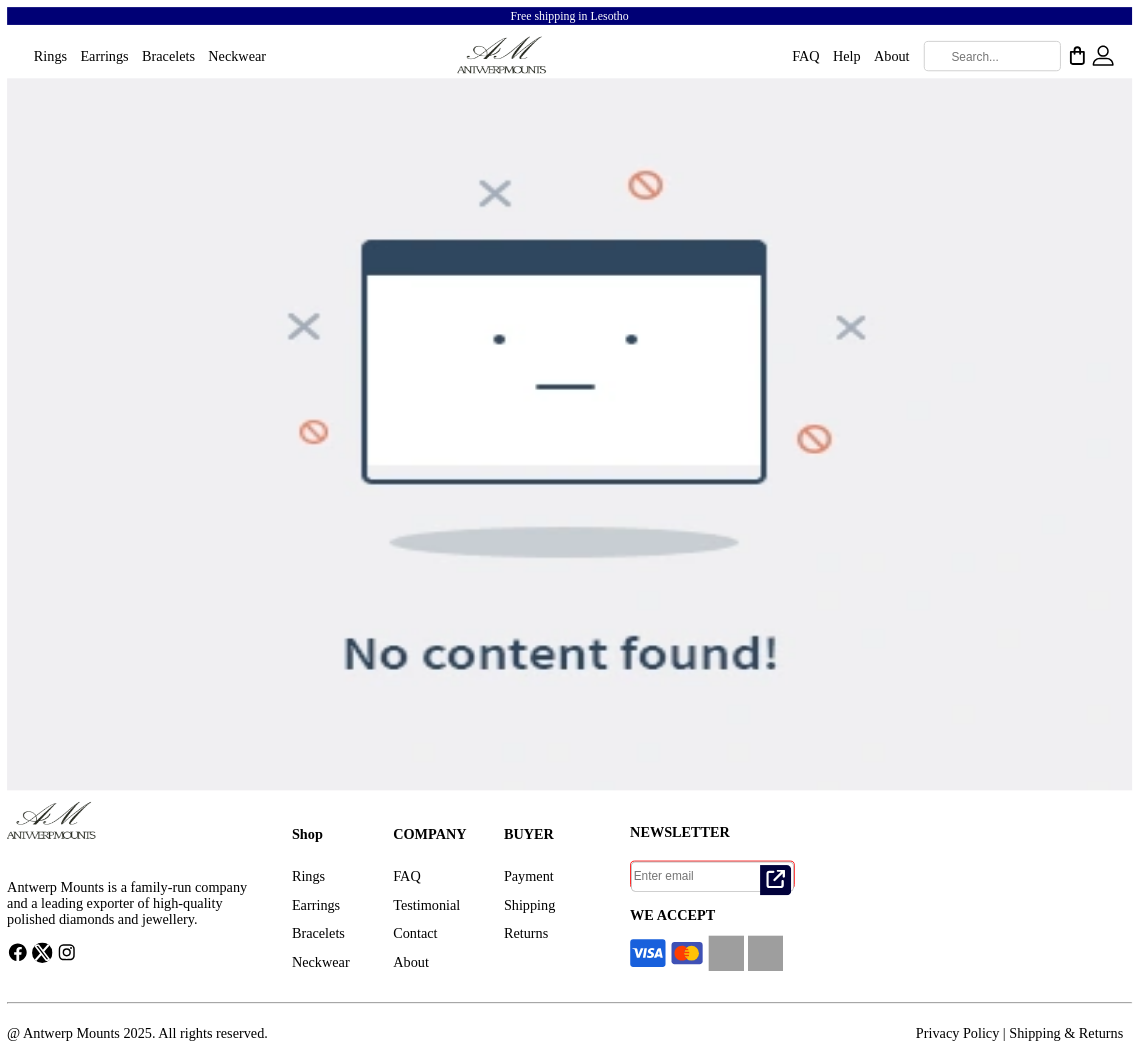
Repository: kea-0424/Web-Development-Project-1
Page: First_collaboration/JewelarySite.html
These files come from the project's save history. The page is drawn as it stood at one moment and after the next save; the edit follows.
The browser window is 1280 px wide. The pictures show the whole page, at 89% of full size.
Pictures or frames that could not be fetched are drawn as grey boxes.

Above is the page before, as saved 2025-01-23 11:27:35.

### First_collaboration/JewelarySite.html
<!DOCTYPE html>
<html lang="en">
<head>
    <meta charset="UTF-8">
    <meta name="viewport" content="width=device-width, initial-scale=1.0">
    <title>Document</title>
    <link rel="stylesheet" href="./JewelarySite.css">
</head>
<body>
    <header>
        <div class="notification">
            <span>Free shipping in Lesotho</span>
        </div>
        <nav>
                <ul class="navigations"  id="right_nav">
                    <li class="navbar_links"><a href="#">Rings</a></li>
                    <li class="navbar_links"><a href="#">Earrings</a></li>
                    <li class="navbar_links"><a href="#">Bracelets</a></li>
                    <li class="navbar_links"><a href="#">Neckwear</a></li>
                </ul>

            <div class="logo_container">
<img src="Main_Logo-removebg-preview.png" alt="Logo" class="main_logo" id="Nav_logo">
            </div>
                <ul class="navigations" id="left_nav">
                    <li class="navbar_links"><a href="#">FAQ</a></li>
                    <li class="navbar_links"><a href="#">Help</a></li>
                    <li class="navbar_links"><a href="#">About</a></li>
                </ul>
                <form action="#">
                    <i class='bx bx-search-alt-2'></i>
                    <input class='searchbar' type="text" placeholder="Search...">
                </form>
                <div class="nav_icons">
                    <img src="./cart.svg" alt="Logo" class="icon">
                    <img src="./profile.svg" alt="Logo" class="icon">
                </div>
        </nav>
    </header>
    <main>
        <img src="./NoContent.webp" alt="No_Content" class="No_Content">
    </main>
    <footer>
        <div class="about_us">
            <div class="logo_container">
                <img src="Main_Logo-removebg-preview.png" alt="Logo" class="main_logo">
                            </div>
                            <div class="bio">
                                <p>Antwerp Mounts is a family-run company<br>
                                    and a leading exporter of high-quality<br>
                                   polished diamonds and jewellery.</p>
                            </div>
                                <div class="social_media">
                                    <div class="socials" >
                                        <a href="#"><img src="./bxl-facebook-circle (1).svg" alt="Facebook" id="facebook_link"></a>
                                    </div>
                                    <div class="socials">
                                        <a href="#"><img src="./x-twitter-brands-solid.svg" alt="Twitter" id="X_link"></a>
                                    </div>
                                    <div class="socials">
                                        <a href="#"><img src="./bxl-instagram (1).svg" alt="Instagram" id="instagram_link"></a>
                                    </div>
                                    </div>
        </div>
        <div class="navigation">
            <div class="list1">
                <h4>Shop</h4>
                <ul class="footer_lists">
                    <li><a href="#">Rings</a></li>
                    <li><a href="#">Earrings</a></li>
                    <li><a href="#">Bracelets</a></li>
                    <li><a href="#">Neckwear</a></li>
                </ul>
            </div>
            <div class="list2">
               <h4>COMPANY</h4>
               <ul class="footer_lists">
                <li><a href="#">FAQ</a></li>
                <li><a href="#">Testimonial</a></li>
                <li><a href="#">Contact</a></li>
                <li><a href="#">About</a></li>
               </ul>
            </div>
            <div class="list3">
                <h4>BUYER</h4>
                <ul class="footer_lists">
                    <li><a href="#">Payment</a></li>
                    <li><a href="#">Shipping</a></li>
                    <li><a href="#">Returns</a></li>
                </ul>
            </div>
        </div>
        <div class="Subscription">
            <h4>NEWSLETTER</h4>
            <form action="#">
                <div class="input_container">
                    <input type="text" placeholder="Enter email" class="newsletter_input">
                    <button type="submit" class="submit_btn"><img src="./arrow-up-right-from-square-solid.svg" alt="arrow"></button>
                </div>
            </form>
            <h4>WE ACCEPT</h4>
            <div class="payment_methods">
                <div class="payment_method">
                    <img src="./cc-visa-brands-solid.svg" alt="visa" id="visa">
                </div>
                <div class="payment_method">
                    <img src="mastercard.svg" alt="mastercard" id="mastercard">
                </div>
                <div class="payment_method">
                    <img src="./paypal.svg" alt="paypal" id="paypal">
        </div>
        <div class="payment_method">
            <img src="./skrill.svg" alt="skrill" id="skrill">
        </div>
            </div>
        </div>
        <hr>
        <div class="copyright">
            <p class="left_details">@ Antwerp Mounts 2025. All rights reserved.</p>
            <p class="right_details">Privacy Policy | Shipping & Returns</p>
        </div>
    </footer>
</body>
</html>

### First_collaboration/JewelarySite.css

body {
    box-sizing: border-box;
}
.notification {
    background-color: rgb(0 0 117);
    color: rgb(255 255 255);
    display: flex;
    align-items: center;
    justify-content: center;
    font-size: smaller;
    width: inherit;
    height: 20px;
}
nav {
    display: flex;
    justify-content: space-between;
    /*padding: 10px;*/
}
.main_logo {
    height: 80px;
    width: 100px;
    margin-top: 0;

}
#Nav_logo {
    margin: 0 auto;
    position: absolute;
    left: 40%;
}
.navigations,.navbar_links {
    list-style-type: none;
    display: flex;
    justify-content: space-between;
list-style: none;
text-decoration: none;
color: inherit;
margin-right: 15px;
padding: 0;
}
nav {
    position:relative;
    width: 100%;
    height: 60px
}

a {
    text-decoration: none;
color: inherit;
}
a:hover {
    /*font-size: larger;*/
    transition: font-size 0.2s ease-in-out;
    position: relative;
    /*background-color: blue;*/
    color: rgba(0 0 255 / 0.26);
    border-radius: 3px;
}
main,.No_Content {
    width: 100%;
    height: 800px;
}
.searchbar {
    width: 120px;
    height: 30px;
    border-radius: 5px;
    border: 1px solid #ccc;
    margin-top: 18px;
    padding-left: 30px;
    position: absolute;
    right: 80px;

}
.navbar_links {
    margin-top: 10px;
}
.icon {
    width: 25px;
    height: 25px;
    margin-top: 22px;
}
#left_nav{
    position: absolute;
    right: 220px;
}
#right_nav {
    position: absolute;
    left: 30px;
}
.nav_icons {
    margin-right: 20px;
}
.socials {
    /*border: 1px solid red;*/
    display: inline;
    height: 50px;
    width: 50px;
}
.bio {
    /*border: 1px solid red;*/
    display: inline-block;
}
#X_link {
    background-color: black;
    height: 23px;
    width: 23px;
    border-radius: 50%;
    display: inline-block;
}
/*.list1,.list2,.list3*/.navigation{
    /*border: 1px solid red;*/
    display: inline-block;
    position: absolute;
    left: 320px;
    top: 20px;
box-sizing: border-box;
}
footer {
    /*border: 1px solid red;*/
    position: relative;
}
.list1,.list2,.list3 {
    /*border: 1px solid red;*/
    display: inline-block;
    box-sizing: border-box;
    margin-right: 5px;
}
.list3 {
    position: relative;
    bottom: 32px;
}
.footer_lists {
    position: relative;
    right: 40px;
    list-style: none;
    line-height: 2em;
}
.input_container{
    border: 1px solid red;*/
    display: inline;
    height: 30px;
    position: relative;
    border-radius: 5px;
    z-index: 1
}
.newsletter_input {
    height: 30px;
    overflow: hidden;
    border-radius: 5px;
    border: 1px solid rgba(0 0 0 / 0.25);
    position: relative;
    /*z-index: 1;*/
}
.submit_btn {
    background-color: rgb(2 2 59);
    border: 1px solid transparent;
    height: 34px;
    width: 35px;
    position: absolute;
    right: 3px;
    top: 4px;
    border-radius:0px 5px 5px 0px;
}
#visa, #mastercard, #paypal, #skrill {
    height: 40px;
    width: 40px;
}
#visa:hover, #mastercard:hover, #paypal:hover, #skrill:hover {
    height: 50px;
    width: 50px;
}
.payment_method {
    /*border: 1px solid red;*/
    display: inline-block;
    position: relative;
    bottom: 8px;
}
.Subscription {
/*border: 1px solid red;*/
display: inline;
position: absolute;
left: 700px;
top:18px;
}
hr {
    margin-top: 40px;
}
.copyright {
   /* border: 1px solid red;*/
    position: relative;
}
.left_details {
    /*border: 1px solid red;*/
    display: inline-block;
}
.right_details {
    /*border: 1px solid red;*/
    display: inline;
    position: absolute;
    right: 10px;
}

After the next save:
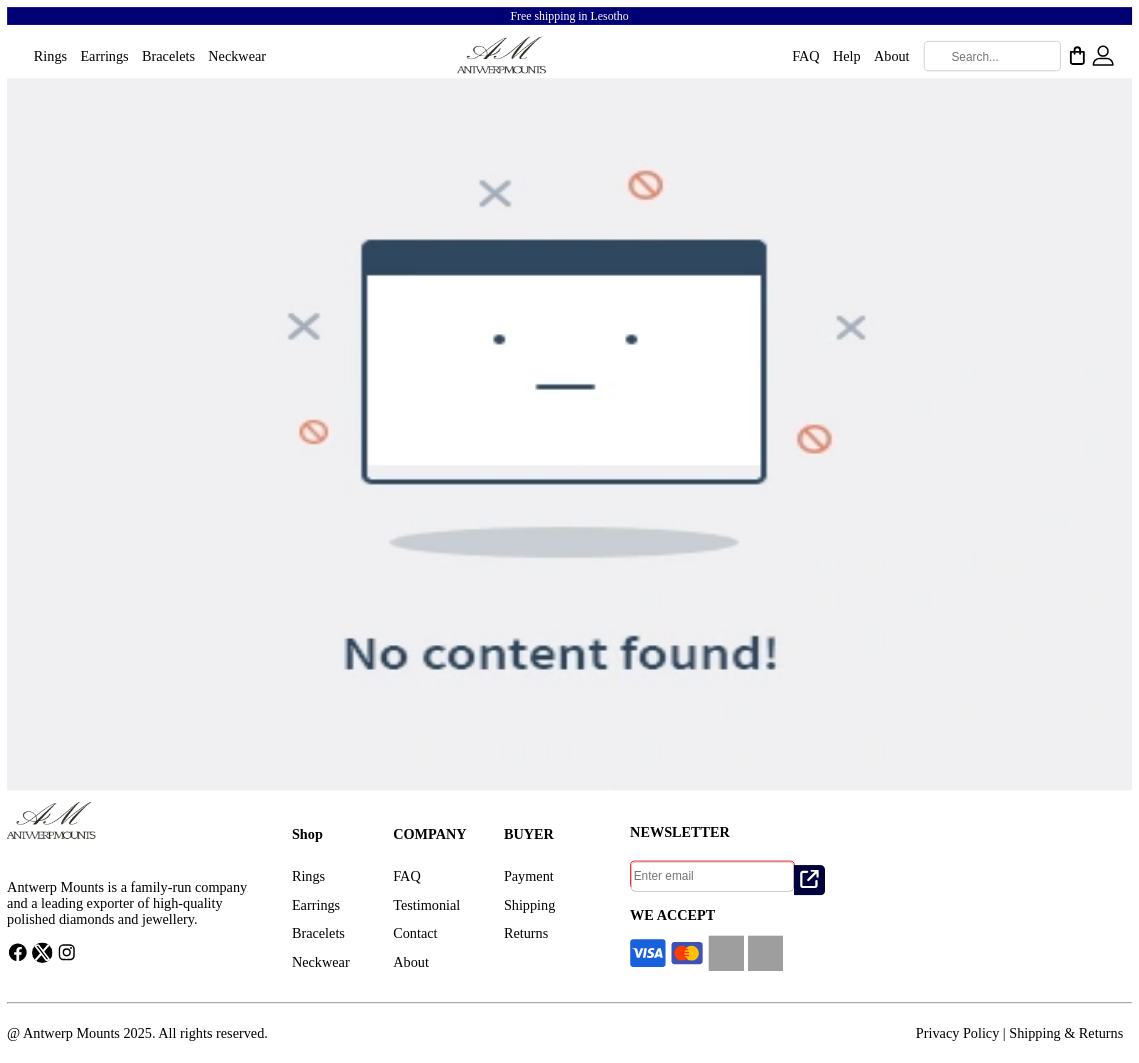
Saved 33 s later.
--- a/First_collaboration/JewelarySite.css
+++ b/First_collaboration/JewelarySite.css
@@ -157,7 +157,6 @@ footer {
     height: 34px;
     width: 35px;
     position: absolute;
-    right: 3px;
     top: 4px;
     border-radius:0px 5px 5px 0px;
 }
